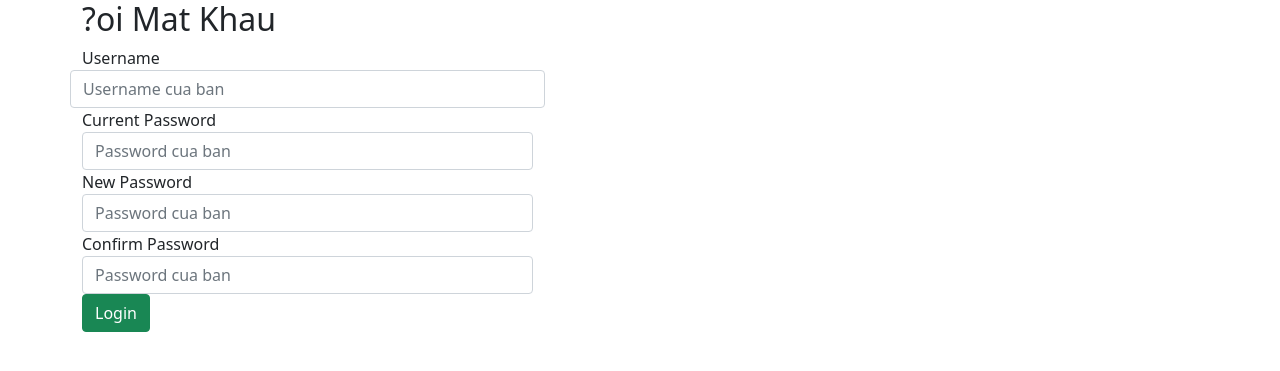
Repository: kiennd3921/AssJava4
Page: http://localhost/Assignment/view/auth/DoiMatKhau.jsp
An editor plug-in stored every save of this project. The page is shown before and after the next save, followed by the edit.
The browser window is 1280 px wide. The pictures show the whole page.
The page is served by Tomcat 9.

Above is the page before, as saved 2021-04-15 15:12:47.

After the next save:
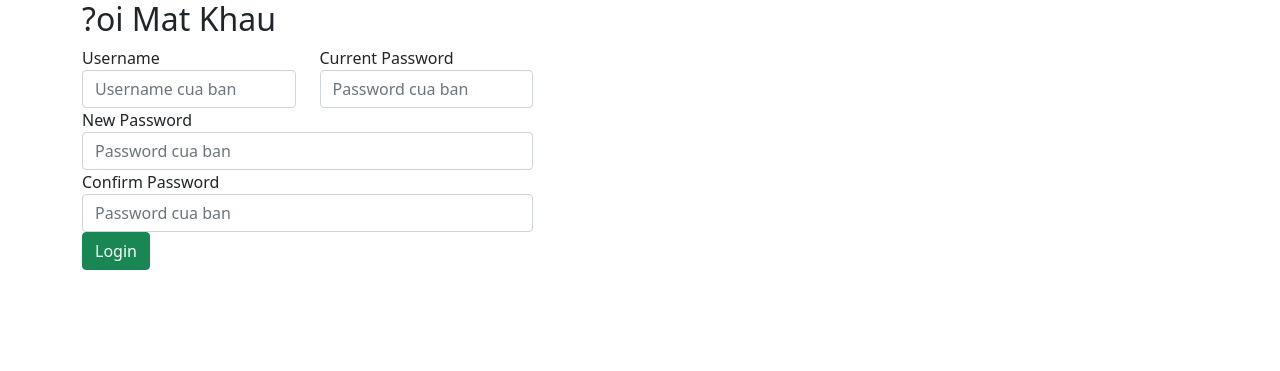
Saved 4 min 28 s later.
--- a/PT15307-UD/Assignment/WebContent/view/auth/DoiMatKhau.jsp
+++ b/PT15307-UD/Assignment/WebContent/view/auth/DoiMatKhau.jsp
@@ -22,16 +22,19 @@
 				<form>
 					<h2>Đoi Mat Khau</h2>
 					<div class="row">
-						<label>Username</label> <input type="text" class="form-control"
-							placeholder="Username cua ban" required name="">
+						<div class="col">
+							<label>Username</label> <input type="text" class="form-control"
+								placeholder="Username cua ban" required name="">
+						</div>
+						<div class="col">
+							<label>Current Password</label> <input type="password"
+								class="form-control" placeholder="Password cua ban" required
+								name="">
+						</div>
 					</div>
+
 					<div class="form-group">
-						<label>Current Password</label>
-						<input type="password" class="form-control" placeholder="Password cua ban" required name="">
-					</div>
-					<div class="form-group">
-						<label>New Password</label>
-						<input type="password"
+						<label>New Password</label> <input type="password"
 							class="form-control" placeholder="Password cua ban" required
 							name="">
 					</div>
